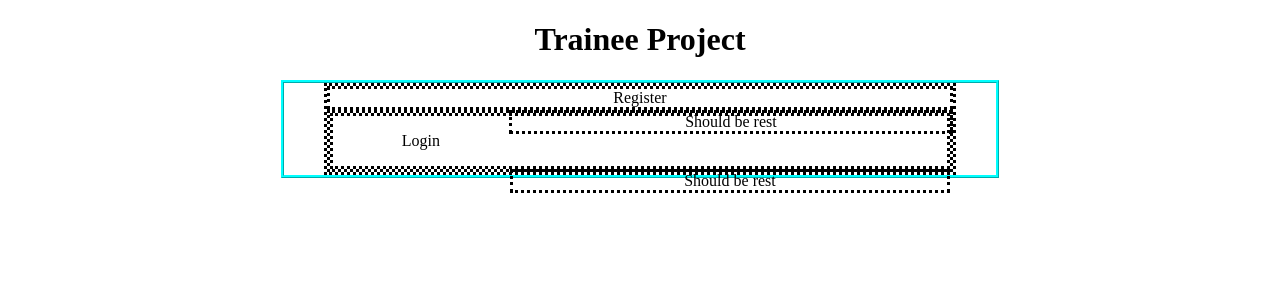
Repository: LsCodeMaster/Training
Page: Trainee/WebContent/trainee.html
The author's editor kept a copy of each file at every save. The page is drawn from the files as they stood at one save, then again after the next save.
The browser window is 1280 px wide. The pictures show the whole page.

Above is the page before, as saved 2015-09-15 10:06:42.

After the next save:
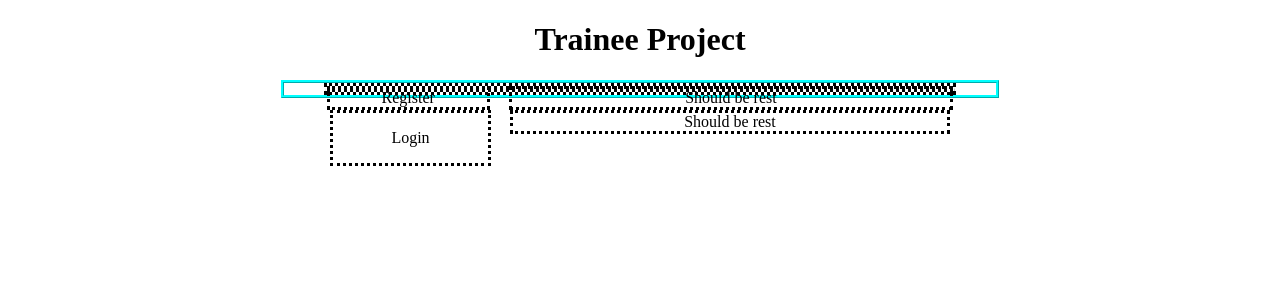
Saved 65 s later.
--- a/Trainee/WebContent/css/style.css
+++ b/Trainee/WebContent/css/style.css
@@ -12,7 +12,7 @@
 	text-align: center;
 }
 .loginType{
-	float: left
+	float: left;
 	width: 25%;
 }
 .loginInfo{
